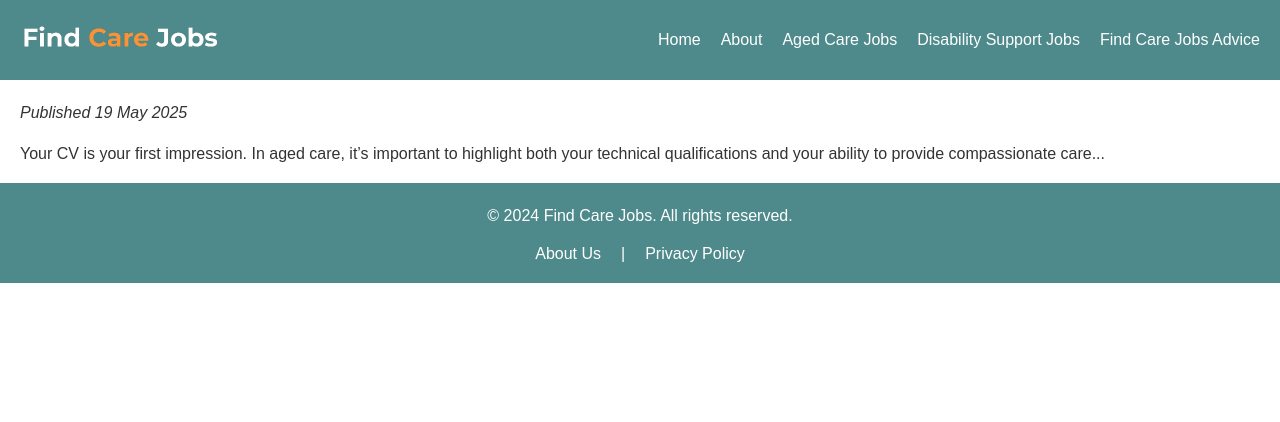
Repository: RichardCareJobs/find-care-jobs
Page: posts/how-to-write-a-care-cv.html
An editor plug-in stored every save of this project. The page is shown before and after the next save, followed by the edit.
The browser window is 1280 px wide. The pictures show the whole page.

Above is the page before, as saved 2025-05-19 21:43:44.

### posts/how-to-write-a-care-cv.html
<!DOCTYPE html>
<html lang="en">
<head>
  <!-- Google Tag Manager -->
<script>(function(w,d,s,l,i){w[l]=w[l]||[];w[l].push({'gtm.start':
    new Date().getTime(),event:'gtm.js'});var f=d.getElementsByTagName(s)[0],
    j=d.createElement(s),dl=l!='dataLayer'?'&l='+l:'';j.async=true;j.src=
    'https://www.googletagmanager.com/gtm.js?id='+i+dl;f.parentNode.insertBefore(j,f);
    })(window,document,'script','dataLayer','GTM-5VNSJFMC');</script>
    <!-- End Google Tag Manager -->
  <meta charset="UTF-8" />
  <meta name="viewport" content="width=device-width, initial-scale=1.0" />

  <title>How to Write a Great CV for Aged Care Jobs | Find Care Jobs Advice</title>
  <meta name="description" content="Learn how to write a professional CV that helps you stand out in aged care job applications. Practical tips from Find Care Jobs Advice." />

  <!-- Open Graph tags for social sharing -->
  <meta property="og:title" content="How to Write a Great CV for Aged Care Jobs" />
  <meta property="og:description" content="Practical tips to help you create a standout CV in the aged care sector." />
  <meta property="og:type" content="article" />
  <meta property="og:url" content="https://yourdomain.com/posts/how-to-write-a-care-cv.html" />
  <meta property="og:image" content="https://yourdomain.com/images/fcj-share-image.png" />

  <!-- Styles -->
  <link rel="stylesheet" href="../styles.css" />
</head>
<body>
  <!-- Google Tag Manager (noscript) -->
<noscript><iframe src="https://www.googletagmanager.com/ns.html?id=GTM-5VNSJFMC"
    height="0" width="0" style="display:none;visibility:hidden"></iframe></noscript>
    <!-- End Google Tag Manager (noscript) -->
  <div id="global-header"></div>

  <main class="content">
    <h1>How to Write a Great CV for Aged Care Jobs</h1>
    <p><em>Published 19 May 2025</em></p>

    <p>Your CV is your first impression. In aged care, it’s important to highlight both your technical qualifications and your ability to provide compassionate care...</p>

    <!-- Add more <p>, <h2>, <ul>, <strong>, etc. for well-structured content -->
  </main>

  <div id="global-footer"></div>

  <!-- Header/Footer Injection -->
  <script>
    fetch('../header.html')
      .then(res => res.text())
      .then(data => document.getElementById('global-header').innerHTML = data);

    fetch('../footer.html')
      .then(res => res.text())
      .then(data => document.getElementById('global-footer').innerHTML = data);
  </script>
</body>
</html>

### styles.css
body {
    background-color: #ffffff; /* Warm Sand background for the whole page */
    font-family: Arial, sans-serif; /* Set a clean font */
    margin: 0;
    padding: 20px; /* Optional: adds padding to the content */
    color: #333; /* Dark text color for good contrast */
}



.hero-overlay h1,
.hero-overlay h2,
.hero-overlay h3,
.hero-overlay p,
.hero-overlay a {
  color: #fff;
}

/* ——— Header override to match Home page ——— */
header.header-container {
    position: fixed;
    top: 0; left: 0; width: 100vw;
    height: 80px;                 /* ↑ bigger bar like Home */
    padding: 10px 40px;           /* ↑ vertical + horizontal spacing */
    background-color: var(--primary-color);
    display: flex;
    align-items: center;
    justify-content: space-between;
    z-index: 1000;
    box-sizing: border-box;
  }

  /* Logo link must be white, not teal */
  .header-container .logo a {
    color: #fff;
    text-decoration: none;
    font-size: 1.2rem;
    font-weight: bold;
  }

  /* Nav links stay white on teal */
  .header-container .nav-links a {
    color: #fff;
  }

  .header-container .nav-links a:hover {
    color: var(--accent-color);
  }


/* New unified header container */
.header-container {
    display: flex;
    justify-content: space-between; /* Logo on left, nav/hamburger on right */
    align-items: center;
    padding: 0 20px;
    height: 80px; /* Adjust height as needed */
    background-color: #4E8A8B; /* Muted Teal for the header background */
    box-sizing: border-box;
    position: fixed; /* Keep header visible on scroll */
    top: 0;
    left: 0;
    width: 100%;
    z-index: 1000;
  }

  /* Logo styling (placeholder) */
  .logo {
    color: #fff;
    font-size: 1.2rem;
    font-weight: bold;
  }

  /* Desktop navigation links */
  .nav-links {
    display: flex;
    gap: 20px;
  }

  .nav-links a {
    color: #fff;
    text-decoration: none;
    font-size: 16px;
  }

  .nav-links a:hover {
    color: #FF6F61; /* Soft Coral on hover */
  }

  /* Hamburger menu icon – hidden on desktop */
  .hamburger-menu {
    display: none; /* Show only on mobile */
    color: #fff;
    font-size: 24px;
    cursor: pointer;
  }

  /* Mobile navigation menu – hidden by default */
  .mobile-nav {
    display: none;
    flex-direction: column;
    background-color: #4E8A8B;
    position: absolute;
    top: 60px; /* Immediately below the header */
    left: 0;
    width: 100%;
    box-sizing: border-box;
    z-index: 2000; /* Ensures mobile menu appears above other content */
  }
  /* Show mobile menu when .active is applied */
.mobile-nav.active {
  display: flex;
}


  .mobile-nav a {
    color: #fff;
    padding: 10px 20px;
    text-decoration: none;
    border-bottom: 1px solid #fff;
  }

  /* Media query: On screens 768px and below, hide desktop nav and show hamburger */
  @media (max-width: 768px) {
    .nav-links {
      display: none;
    }
    .hamburger-menu {
      display: block;
    }
  }

  /* For tablets and smaller screens */
@media (max-width: 768px) {
    /* Adjust font sizes, layout, etc. for tablet screens */
  }

  /* For mobile devices */
  @media (max-width: 480px) {
    /* Further adjustments for mobile screens */
  }

  @media (max-width: 768px) {
    .hero .search-bar {
      flex-direction: column;
      align-items: center;
      width: 100%;
    gap: 10px;
    }

    .hero .search-bar input[type="text"],
    .hero .search-bar button {
      width: 100%;
      max-width: 220px;
    }

    .hero .search-bar button {
      margin-top: 10px;
    }
  }


  /* Hero Section: set the background image, size, and positioning */
.hero {
    position: relative;
    background-image: url('images/fcj-hero-v1.png'); /* Replace with your image path */
    background-size: cover;
    background-position: center;
    height: 500px; /* Adjust height as needed */
    width: 100vw;  /* Use viewport width */
  margin-left: calc(-50vw + 50%);  /* Shift left to counteract body padding */
  color: #fff; /* This makes all text white */
    display: flex;
    align-items: center;
    justify-content: center;
  }

  /* Overlay for darkening the background and centering text */
  .hero-overlay {
    background: rgba(0, 0, 0, 0.5); /* Semi-transparent overlay for readability */
    width: 100%;
    height: 100%;
    display: flex;
    flex-direction: column;
    align-items: center;
    justify-content: center;
    color: #fff;
    text-align: center;
    padding: 0px;
    box-sizing: border-box;
  }

  /* Adjust the search bar for the hero section */
  .hero .search-bar {
    margin-top: 20px;
    display: flex;
    gap: 10px;
    justify-content: center;
  }

  .hero .search-bar input[type="text"] {
    padding: 10px;
    border-radius: 8px;
    border: none; /* Remove border for a cleaner look */
    font-size: 16px;
    width: 200px;
    max-width: 300px;
  }

  .hero .search-bar button {
    padding: 10px 20px;
    border-radius: 8px;
    background-color: var(--accent-color); /* Using your accent color variable */
    border: none;
    color: #fff;
    font-size: 16px;
    cursor: pointer;
  }

  .hero .search-bar button:hover {
    background-color: #FF6F61; /* Soft Coral on hover */
  }


/* Navigation menu styles */
header nav {
    display: flex;
    gap: 20px; /* Space between links */
}

header nav a {
    color: #fff; /* White color for the links */
    text-decoration: none;
    font-size: 16px;
}

header nav a:hover {
    color: #FF6F61; /* Soft Coral on hover */
}

/* Center the h1 title */
.header-middle h1 {
    font-size: 24px;
    color: #4E8A8B; /* Muted Teal for the title */
    margin: 0;
}

/* Search bar container styles */
.search-bar {
    display: flex;
    gap: 10px;
    justify-content: center; /* Center the search inputs and button */
    margin-top: 20px;
}

/* Styling for the search input fields */
.search-bar input[type="text"] {
    padding: 10px;
    border-radius: 8px; /* Rounded corners */
    border: 2px solid #A8E6CF; /* Light Mint border */
    font-size: 16px;
    width: 200px; /* Set a width for the input fields */
    max-width: 300px; /* Maximum width for better responsiveness */
}

.search-bar input[type="text"]:focus {
    outline: none;
    border-color: #FF6F61; /* Soft Coral border on focus */
}

/* Styling for the search button */
.search-bar button {
    padding: 10px 20px;
    border-radius: 8px; /* Rounded corners */
    background-color: #A8E6CF; /* Light Mint background */
    border: 2px solid #A8E6CF; /* Light Mint border */
    color: #fff;
    font-size: 16px;
    cursor: pointer; /* Pointer cursor on hover */
}

/* Button hover effect */
.search-bar button:hover {
    background-color: #FF6F61; /* Soft Coral on hover */
    border-color: #FF6F61; /* Change the border color on hover */
}


/* Job count text styling */
#job-count {
    text-align: center;
    font-size: 18px;
    color: #fff; /* Muted Teal color for consistency with the design */
    margin-top: 20px;
    font-weight: bold;
}

/* General styling for the filter section */
.filter-section {
    margin-bottom: 20px;
    display: flex;
    align-items: center;
    gap: 10px;
    font-family: 'Arial', sans-serif;
    font-size: 14px;
    color: #424242;
}

/* Style for the label */
.filter-section label {
    font-weight: bold;
    margin-right: 5px;
}

/* General styling for the filter section */
.filter-section {
    margin-top: 20px; /* Adds space between search and filter */
    font-family: 'Arial', sans-serif; /* Match font with the rest of the site */
    font-size: 16px; /* Adjust font size for better readability */
    color: #4E8A8B; /* Match the color with the rest of the site */
    display: flex; /* Use flexbox for horizontal alignment */
    justify-content: center; /* Center-align within the container */
    align-items: center; /* Align label and dropdown vertically */
    gap: 10px; /* Space between the label and dropdown */
}

/* Style for the dropdown */
.filter-section select {
    padding: 8px 12px;
    border: 1px solid #ccc;
    border-radius: 4px;
    background-color: #fff;
    font-size: 14px;
    color: #333; /* Match font color with the rest */
    cursor: pointer;
    transition: border-color 0.3s ease;
    width: 200px; /* Set a consistent width for the dropdown */
}

.filter-section select:hover {
    border-color: #0088d2; /* Match primary color */
}

.filter-section select:focus {
    outline: none;
    border-color: #fa9335; /* Match secondary color */
}

/* Label styling */
.filter-section label {
    font-weight: bold;
    margin-bottom: 0; /* Remove extra margin for better alignment */
}




/* Job listings container space */
.job-listings-container {
    margin: 0 auto;
    max-width: 1200px; /* or whatever width you prefer */
    padding: 20px;
    box-sizing: border-box;
  }




/* Job listings container to center the job cards */
.job-listings-container {
    display: flex;
    flex-direction: column;
    align-items: center; /* Center the job cards horizontally */
    gap: 20px; /* Add space between each job card */
    width: 100%;
}

/* Job card styles */
.job-cards {
    background-color: #fff;
    padding: 20px;
    border-radius: 8px;
    border: 2px solid #A8E6CF; /* Light Mint border around the job cards */
    box-shadow: 0 2px 5px rgba(0, 0, 0, 0.1);
    text-align: left; /* left align the text inside the job card */
    width: 100%; /* Ensure the job card takes up full width */
    max-width: 600px; /* Optional: set a max-width for better layout */
    margin: 0; /* Remove margin from individual cards */
}

/* Styling for the "Read More" buttons */
.job-cards .read-more {
    padding: 10px 20px;
    border-radius: 0px; /* Rounded corners */
    background-color: #A8E6CF; /* Light Mint background */
    border: 2px solid #A8E6CF; /* Light Mint border */
    color: #fff;
    font-size: 16px;
    cursor: pointer; /* Pointer cursor on hover */
    text-align: center; /* Center the text inside the button */
    display: inline-block; /* Ensure the button has correct inline behavior */
    margin-top: 10px; /* Add some space above the button */
}

/* Hover effect for the "Read More" button */
.job-cards .read-more:hover {
    background-color: #FF6F61; /* Soft Coral on hover */
    border-color: #FF6F61; /* Change the border color on hover */
}

/* Streamline job cards */
.job-listings-container {
    gap: 10px;              /* was 20px – bring cards closer together */
  }

  .job-cards {
    padding: 12px;          /* was 20px – less “air” inside each card */
    border-radius: 0px;     /* optional: slightly tighter corners */
  }

  .job-cards h3 {
    margin-top: 8px;        /* was 1rem – bring title closer to top badge/logo */
    margin-bottom: 8px;     /* was default – tighten space before body text */
  }

  .job-cards p {
    margin-bottom: 5px;     /* was 1em – less space under each paragraph */
  }

  .job-cards .read-more {
    padding: 6px 12px;      /* was 10px 20px – smaller button */
    font-size: 0.9rem;      /* slightly smaller text */
    margin-top: 8px;        /* was 10px – reduce gap above button */
  }



/* Base styles for sponsored jobs */
.job-cards.sponsored {
    border: 3px solid #FF6F61; /* Thicker border for sponsored jobs */
    padding: 20px; /* Add more padding to create space */
    background-color: #F5F5F5; /* Light background for sponsored jobs */
    position: relative;
    margin: 10px; /* Add some space between job cards */
}

/* Employer logo positioning (top right) */
.job-cards.sponsored .employer-logo {
    position: absolute;
    top: 15px; /* Adjusted to move the logo further down */
    right: 15px; /* Adjusted to move the logo further to the right */
    width: 70px; /* Increased size of the logo */
    height: auto;
}

/* Title adjustment if logo is displayed */
.job-cards.sponsored h3 {
    margin-top: 30px; /* Increased space between badge and job title */
    margin-right: 90px; /* Adjust header text position if logo is displayed */
}

/* Sponsored job categories */
.job-cards.sponsored.top-job {
    border-color: #2196F3; /* Top Job with coral border */
}

.job-cards.sponsored.featured-job {
    border-color: #FFC107; /* Featured Job with gold border */
}

.job-cards.sponsored.urgent-job {
    border-color: #F44336; /* Urgent Job with orange-red border */
}

.job-cards.sponsored.popular-job {
    border-color: #4CAF50; /* Popular Job with lime green border */
}


.job-cards.sponsored .badge {
  position: relative;
  top: 10px;
  left: 10px;

  /* allow text to show */
  display: inline-block;
  padding: 4px 8px;
  min-width: 40px;
  height: auto;      /* remove the fixed height */
  background-color: #FF6F61; /* Soft Coral for badge background */
  color: #fff;
  font-size: 0.75rem;
  border-radius: 3px;
  text-transform: uppercase;
  white-space: nowrap;
}

/* category-specific overrides */
.job-cards.sponsored.top-job .badge       { background: #FF6F61; }
.job-cards.sponsored.featured-job .badge { background: #FFD700; }
.job-cards.sponsored.urgent-job .badge   { background: #E60000; }
.job-cards.sponsored.popular-job .badge  { background: #00B300; }


/* Styling for the badge */
.job-cards.sponsored.top-job .badge {
    background-color: #2196F3; /* Top Job Badge */
}

.job-cards.sponsored.featured-job .badge {
    background-color: #FFC107; /* Featured Job Badge */
}

.job-cards.sponsored.urgent-job .badge {
    background-color: #F44336; /* Urgent Job Badge */
}

.job-cards.sponsored.popular-job .badge {
    background-color: #4CAF50; /* Popular Job Badge */
}


.global-footer {
    background-color: #4E8A8B; /* Footer color */
    color: white;
    padding: 20px;
    text-align: center;
    width: 100vw; /* Viewport width */
    position: relative; /* Ensure it stays within normal document flow */
    left: 50%; /* Offset for centering */
    transform: translateX(-50%); /* Center align the footer */
    box-sizing: border-box; /* Include padding within width */
    margin: 0; /* Remove any margin */
}




.global-footer nav {
    display: flex;
    justify-content: center;
    gap: 20px; /* Space between footer links */
}

.global-footer a {
    color: white;
    text-decoration: none;
    font-size: 16px;
}

.global-footer a:hover {
    color: #FF6F61; /* Soft Coral on hover, matching header link styling */
}



.page-content {
    display: flex;
    align-items: flex-start; /* Align items to the top */
    gap: 20px; /* Space between image and text */
}

.image-placeholder {
    flex: 0 0 300px; /* Fixed width for the image container */
}

.image-placeholder img {
    width: 100%; /* Image takes full width of its container */
    height: auto;
    border-radius: 5px; /* Optional rounded corners */
    padding: 5px; /* Padding around the image for spacing */
    background-color: #f0f0f0; /* Optional: background color for the image */
}

.text-content {
    flex: 1; /* Take remaining space */
    max-width: 600px; /* Limit text width for readability */
}



/* Root-level variables for colors, fonts, and font sizes */
:root {
    --primary-color: #4E8A8B;
    --accent-color: #FF6F61;
    --text-color: #333333;
    --background-color: #F1E2C6;
    --font-family: Arial, sans-serif;
    --font-size-h1: 32px; /* You can adjust this size as needed */
    --font-size-large: 24px;
    --font-size-base: 16px;
    --font-size-small: 14px;
}

header.header-container {
    position: fixed;
    top: 0;
    left: 0;
    width: 100vw;             /* span the entire viewport */
    height: var(--header-height);
    background-color: var(--primary-color);
    display: flex;
    align-items: center;
    justify-content: space-between;
    padding: 0 20px;          /* no vertical padding, just left/right */
    z-index: 1000;
    box-sizing: border-box;
  }


/* Apply global font and color styles */
html {
    margin: 0;
    padding: 0;
    box-sizing: border-box;
}

body {
    margin: 0;
    padding: 20px;
    font-family: var(--font-family);
    font-size: var(--font-size-base);
    color: var(--text-color);
}


/* Heading styles */
h1 {
    font-size: var(--font-size-h1);
    color: var(--primary-color);
    font-weight: bold;
}

h2 {
    font-size: 1.5em; /* This will scale with base font size */
    color: var(--primary-color);
    font-weight: bold;
}


h3, h4, h5, h6 {
    color: var(--primary-color);
}

/* Paragraph and link styles */
p {
    font-size: var(--font-size-base);
    line-height: 1.6;
    margin: 0 0 1em;
}

a {
    color: var(--primary-color);
    text-decoration: none;
}

a:hover {
    color: var(--accent-color);
    text-decoration: underline;
}

/* Button styling */
button {
    font-size: var(--font-size-base);
    color: #fff;
    background-color: var(--primary-color);
    border: none;
    padding: 10px 20px;
    border-radius: 5px;
    cursor: pointer;
}

button:hover {
    background-color: var(--accent-color);
}

/* ——— General See-All button styling ——— */
.see-all-button {
  display: inline-block;
  padding: 0.6rem 1.2rem;
  background-color: #0088d2;    /* or your brand primary */
  color: #fff;
  border: none;
  border-radius: 4px;
  font-size: 1rem;
  cursor: pointer;
  text-align: center;
  margin: 1rem 0;
}

/* ——— Center & Span full width on just those sector pages ——— */
body[data-sector="Aged Care"]   #job-listings .see-all-button,
body[data-sector="Disability Support"] #job-listings .see-all-button {
  grid-column: 1 / -1;      /* span both columns */
  justify-self: center;     /* then center within that span */
}



/* ——— Sector Page 2×2 Grid for Top 4 Sponsored Jobs ——— */
body[data-sector="Aged Care"] #job-listings,
body[data-sector="Disability Support"] #job-listings {
  display: grid;
  grid-template-columns: repeat(2, 1fr);
  grid-auto-rows: auto;
  gap: 1rem;
}

body[data-sector="Aged Care"] #job-listings .see-all-link,
body[data-sector="Disability Support"] #job-listings .see-all-link {
  grid-column: 1 / -1;
  text-align: center;
  margin-top: 1rem;
  font-weight: bold;
}

.advice-listing {
  display: flex;
  flex-direction: column;
  gap: 1.5rem;
  padding: 1rem 0;
}

### header.html
<header>
    <div class="header-container">

      <div class="logo"><img src="/images/FCJ-Logo-Horizontal.png" alt="Find Care Jobs" height="60px" width="200px"></div>

      <!-- favicon -->
<link rel="icon" type="image/png" sizes="96x96" href="/favicon-96x96.png" />
<link rel="icon" type="image/svg+xml"       href="/favicon.svg"          />
<link rel="shortcut icon"                    href="/favicon.ico"          />
<link rel="apple-touch-icon" sizes="180x180" href="/apple-touch-icon.png" />
<meta name="apple-mobile-web-app-title" content="Find Care Jobs" />
<link rel="manifest"                         href="/site.webmanifest"     />


      <!-- Normal Nav Links (Desktop) -->
      <nav class="nav-links">
        <a href="/index.html">Home</a>
        <a href="/about.html">About</a>
        <a href="/aged-care-jobs.html">Aged Care Jobs</a>
        <a href="/disability-support-jobs.html">Disability Support Jobs</a>
        <a href="/advice.html">Find Care Jobs Advice</a>

      </nav>

      <!-- Hamburger Icon (Mobile) -->
      <div class="hamburger-menu" id="hamburger-menu">
        &#9776; <!-- A simple Unicode hamburger icon -->
      </div>
    </div>

    <!-- Collapsible Menu (Mobile) -->
    <nav class="mobile-nav" id="mobile-nav">
      <a href="/index.html">Home</a>
        <a href="/about.html">About</a>
        <a href="/aged-care-jobs.html">Aged Care Jobs</a>
        <a href="/disability-support-jobs.html">Disability Support Jobs</a>
        <a href="/advice.html">Find Care Jobs Advice</a>

    </nav>
  </header>

### footer.html
<footer class="global-footer">
    <p>&copy; 2024 Find Care Jobs. All rights reserved.</p>
    <nav>
        <a href="/about">About Us</a> |

        <a href="/privacy">Privacy Policy</a>
    </nav>
</footer>

After the next save:
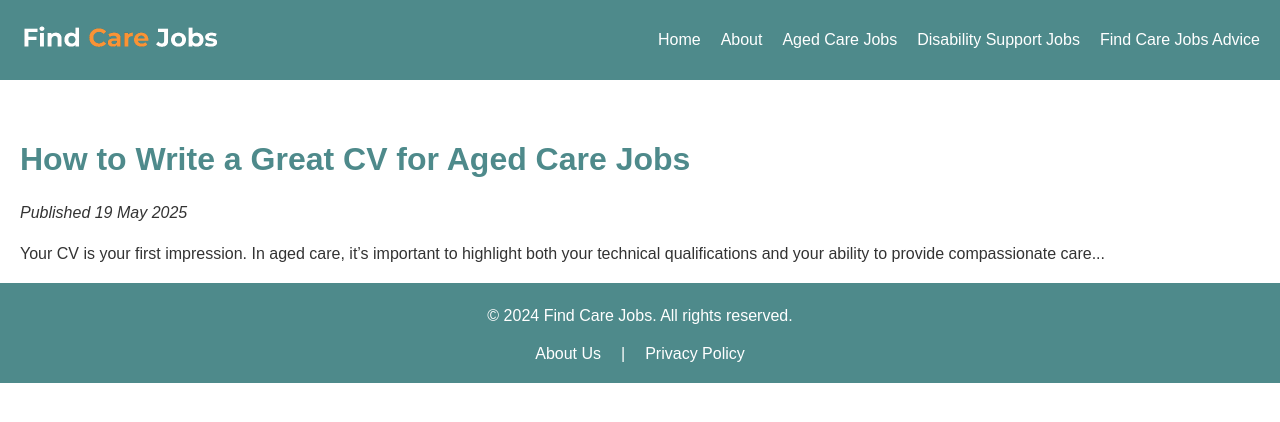
Saved 7 min 2 s later.
--- a/styles.css
+++ b/styles.css
@@ -720,3 +720,7 @@ body[data-sector="Disability Support"] #job-listings .see-all-link {
   gap: 1.5rem;
   padding: 1rem 0;
 }
+
+main.content {
+  padding-top: 100px; /* or adjust based on header height */
+}
